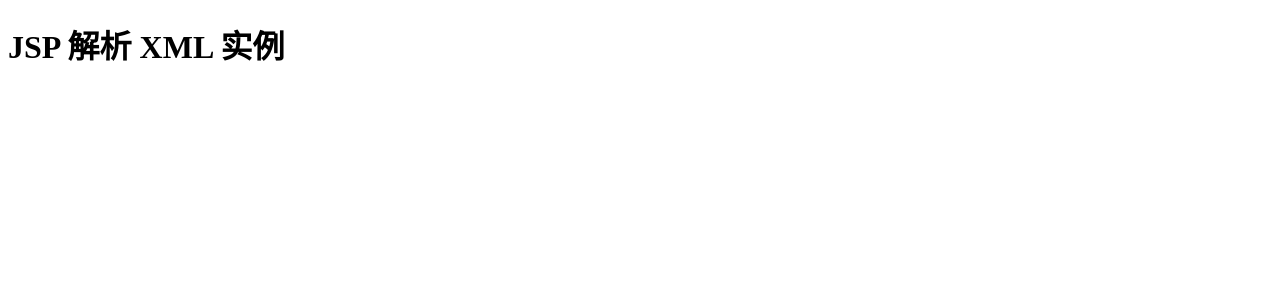
Repository: eterinfi/java
Page: http://localhost/JSPDemo/XMLDemo/parseXML.jsp
The author's editor kept a copy of each file at every save. The page is drawn from the files as they stood at one save, then again after the next save.
The browser window is 1280 px wide. The pictures show the whole page.
The page is served by Tomcat 9.

Above is the page before, as saved 2016-11-16 06:09:19.

After the next save:
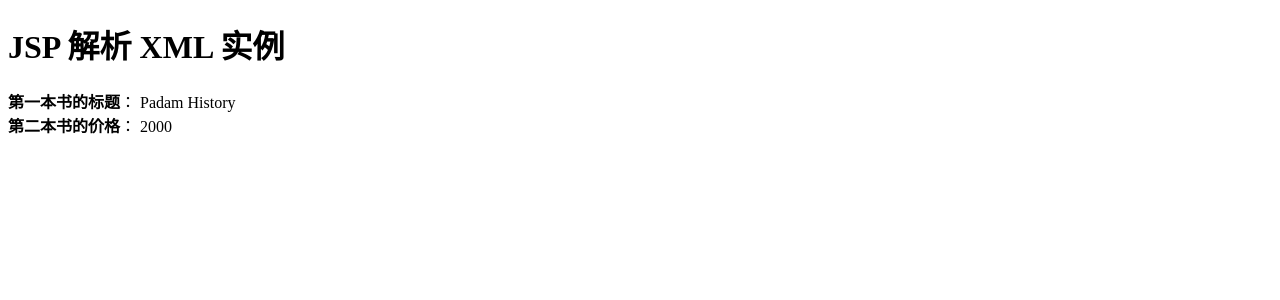
Saved 2 min 5 s later.
--- a/jee/JSPDemo/WebContent/XMLDemo/parseXML.jsp
+++ b/jee/JSPDemo/WebContent/XMLDemo/parseXML.jsp
@@ -10,5 +10,12 @@
 </head>
 <body>
   <h1>JSP 解析 XML 实例</h1>
+  <c:import var="bookInfo" url="books.xml" />
+  <x:parse xml="${bookInfo}" var="output" />
+  <b>第一本书的标题</b>：
+  <x:out select="$output/books/book[1]/name" />
+  <br>
+  <b>第二本书的价格</b>：
+  <x:out select="$output/books/book[2]/price" />
 </body>
 </html>
